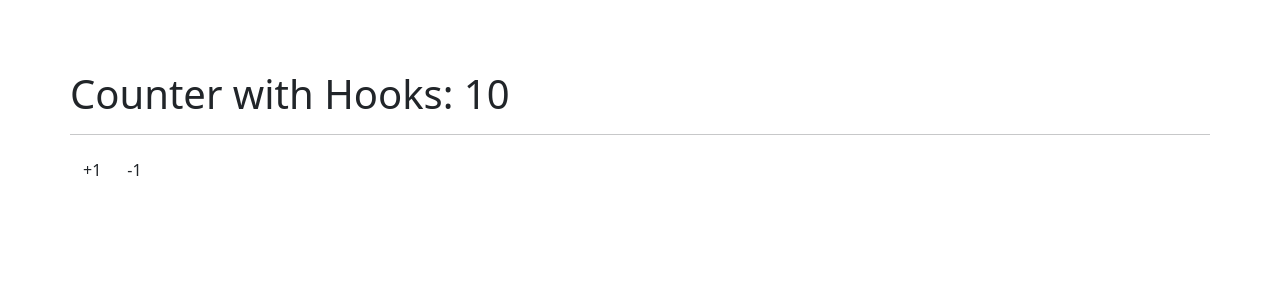
Repository: ppfeliuu/hooks-app
Page: /
The author's editor kept a copy of each file at every save. The page is drawn from the files as they stood at one save, then again after a run of saves.
The browser window is 1280 px wide. The pictures show the whole page.
The project was rebuilt for these pictures with package versions that can differ from the ones it lists, and the page was loaded fresh each time. Also part of the build but not shown: src/components/01-useState/CounterApp.js, src/HookApp.js.

Above is the page before, as saved 2021-05-27 22:02:12.

### public/index.html
<!DOCTYPE html>
<html lang="en">
  <head>
    <meta charset="utf-8" />
    <link rel="icon" href="%PUBLIC_URL%/favicon.ico" />
    <meta name="viewport" content="width=device-width, initial-scale=1" />
    <meta name="theme-color" content="#000000" />
    <meta
      name="description"
      content="Web site created using create-react-app"
    />
    <link rel="apple-touch-icon" href="%PUBLIC_URL%/logo192.png" />
    <!--
      manifest.json provides metadata used when your web app is installed on a
      user's mobile device or desktop. See https://developers.google.com/web/fundamentals/web-app-manifest/
    -->
    <link rel="manifest" href="%PUBLIC_URL%/manifest.json" />
    <!--
      Notice the use of %PUBLIC_URL% in the tags above.
      It will be replaced with the URL of the `public` folder during the build.
      Only files inside the `public` folder can be referenced from the HTML.

      Unlike "/favicon.ico" or "favicon.ico", "%PUBLIC_URL%/favicon.ico" will
      work correctly both with client-side routing and a non-root public URL.
      Learn how to configure a non-root public URL by running `npm run build`.
    -->
    <link
      href="https://cdn.jsdelivr.net/npm/bootstrap@5.0.1/dist/css/bootstrap.min.css"
      rel="stylesheet"
      integrity="sha384-+0n0xVW2eSR5OomGNYDnhzAbDsOXxcvSN1TPprVMTNDbiYZCxYbOOl7+AMvyTG2x"
      crossorigin="anonymous"
    />
    <title>Hooks App</title>
  </head>
  <body>
    <noscript>You need to enable JavaScript to run this app.</noscript>
    <div id="root"></div>
    <!--
      This HTML file is a template.
      If you open it directly in the browser, you will see an empty page.

      You can add webfonts, meta tags, or analytics to this file.
      The build step will place the bundled scripts into the <body> tag.

      To begin the development, run `npm start` or `yarn start`.
      To create a production bundle, use `npm run build` or `yarn build`.
    -->
  </body>
</html>

### src/index.js
import React from "react";
import ReactDOM from "react-dom";
import { CounterApp } from "./components/01-useState/CounterApp";
import { CounterWithCustomHook } from "./components/01-useState/CounterWithCustomHook";
import { HookApp } from "./HookApp";

ReactDOM.render(<CounterWithCustomHook />, document.getElementById("root"));

### src/components/01-useState/CounterWithCustomHook.js
import React from "react";
import { useCounter } from "../../hooks/useCounter";
import "./counter.css";

export const CounterWithCustomHook = () => {
  const { state, increment, decrement } = useCounter();
  return (
    <>
      <h1>Counter with Hooks: {state}</h1>
      <hr />

      <button className="btn" onClick={() => increment(2)}>
        +1
      </button>
      <button className="btn" onClick={() => decrement(2)}>
        -1
      </button>
    </>
  );
};

### src/hooks/useCounter.js
import { useState } from "react";

export const useCounter = (initialState = 10) => {
  const [state, setstate] = useState(initialState);

  const increment = (factor = 1) => {
    setstate(state + factor);
  };

  const decrement = (factor = 1) => {
    setstate(state - factor);
  };

  return {
    state,
    increment,
    decrement,
  };
};

Loaded but not shown: src/components/01-useState/counter.css (common file)

After the next 4 saves:
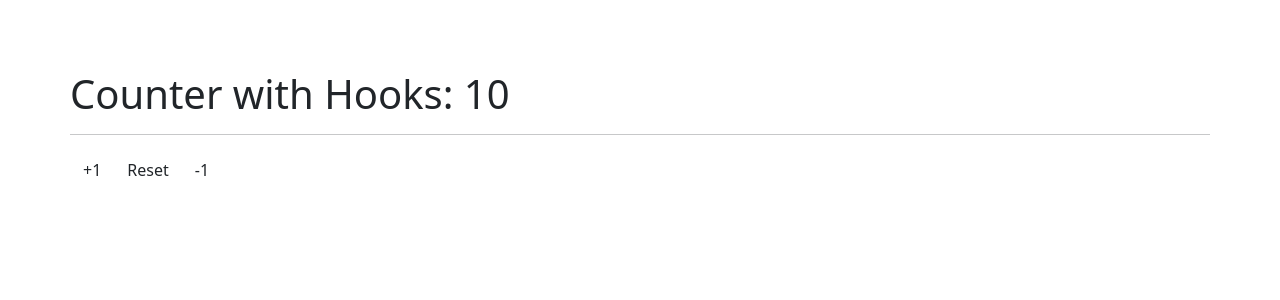
The 4 saves are shown as one change because 3 did not build or start.
The last was saved 87 s later.
--- a/src/components/01-useState/CounterWithCustomHook.js
+++ b/src/components/01-useState/CounterWithCustomHook.js
@@ -3,7 +3,7 @@ import { useCounter } from "../../hooks/useCounter";
 import "./counter.css";
 
 export const CounterWithCustomHook = () => {
-  const { state, increment, decrement } = useCounter();
+  const { state, increment, decrement, reset } = useCounter();
   return (
     <>
       <h1>Counter with Hooks: {state}</h1>
@@ -12,6 +12,9 @@ export const CounterWithCustomHook = () => {
       <button className="btn" onClick={() => increment(2)}>
         +1
       </button>
+      <button onClick={reset} className="btn">
+        Reset
+      </button>
       <button className="btn" onClick={() => decrement(2)}>
         -1
       </button>
--- a/src/hooks/useCounter.js
+++ b/src/hooks/useCounter.js
@@ -11,9 +11,14 @@ export const useCounter = (initialState = 10) => {
     setstate(state - factor);
   };
 
+  const reset = () => {
+    setstate(initialState);
+  };
+
   return {
     state,
     increment,
     decrement,
+    reset,
   };
 };
